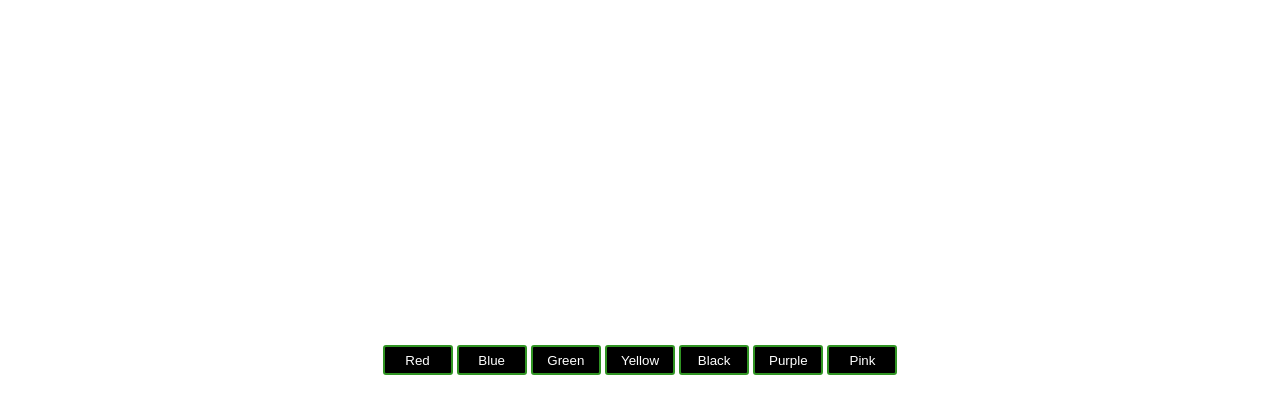
Repository: letrongtinh27/LapTrinhWeb
Page: Change-bg/index.html
These files come from the project's save history. The page is drawn as it stood at one moment and after the next save; the edit follows.
The browser window is 1280 px wide. The pictures show the whole page.

Above is the page before, as saved 2022-10-13 11:29:47.

After the next save:
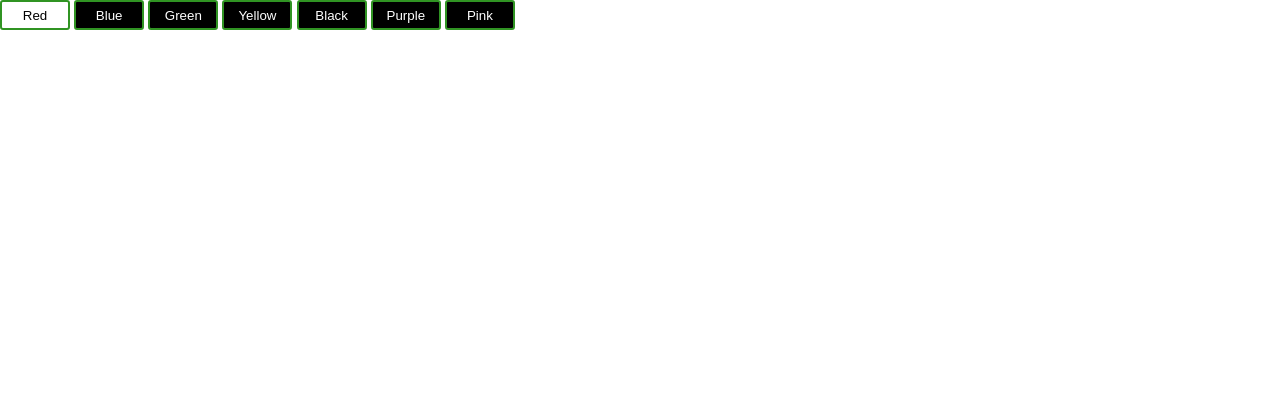
Saved 28 s later.
--- a/Change-bg/style.css
+++ b/Change-bg/style.css
@@ -5,6 +5,11 @@ body {
     display: flex;
     justify-content: center;
     align-items: center;
+}
+
+#bg {
+    width: 100% ;
+    height: 100vh;
 }
 
 .item {

After the save that followed:
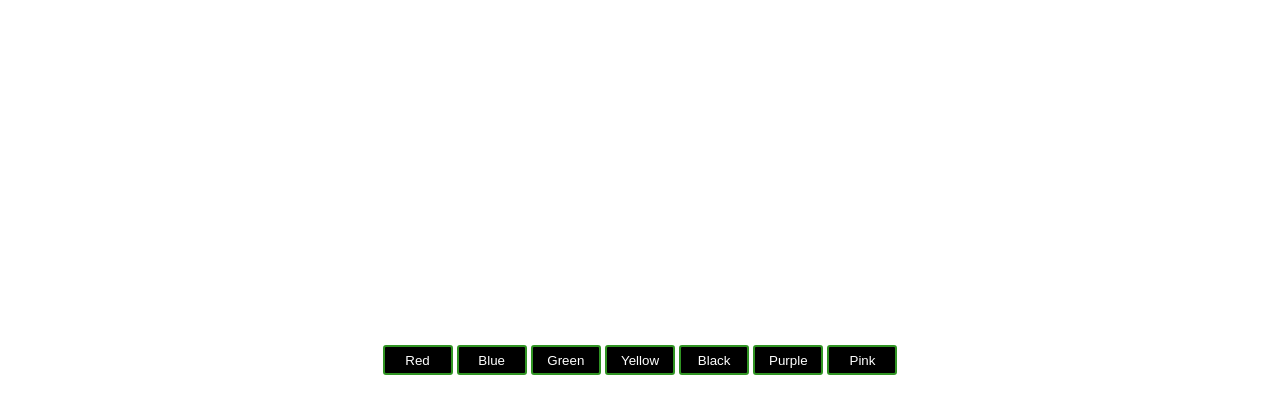
Saved 13 s later.
--- a/Change-bg/style.css
+++ b/Change-bg/style.css
@@ -2,14 +2,15 @@ body {
     font-family: 'Open Sans',sans-serif;
     width: 100%;
     height: 100vh;
-    display: flex;
-    justify-content: center;
-    align-items: center;
+
 }
 
 #bg {
     width: 100% ;
     height: 100vh;
+    display: flex;
+    justify-content: center;
+    align-items: center;
 }
 
 .item {
